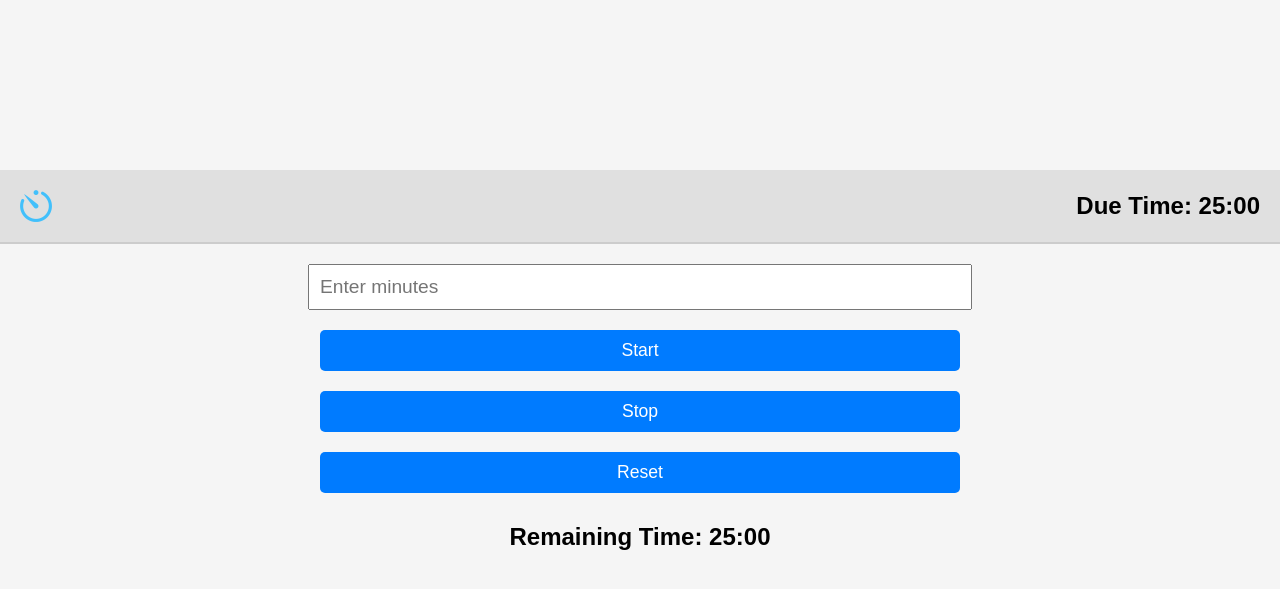
Repository: Prateek09102001/POMODORO-TIMER-UPDATEED-EXTENSIONS
Page: popup.html
The author's editor kept a copy of each file at every save. The page is drawn from the files as they stood at one save, then again after the next save.
The browser window is 1280 px wide. The pictures show the whole page.

Above is the page before, as saved 2024-09-30 21:57:40.

After the next save:
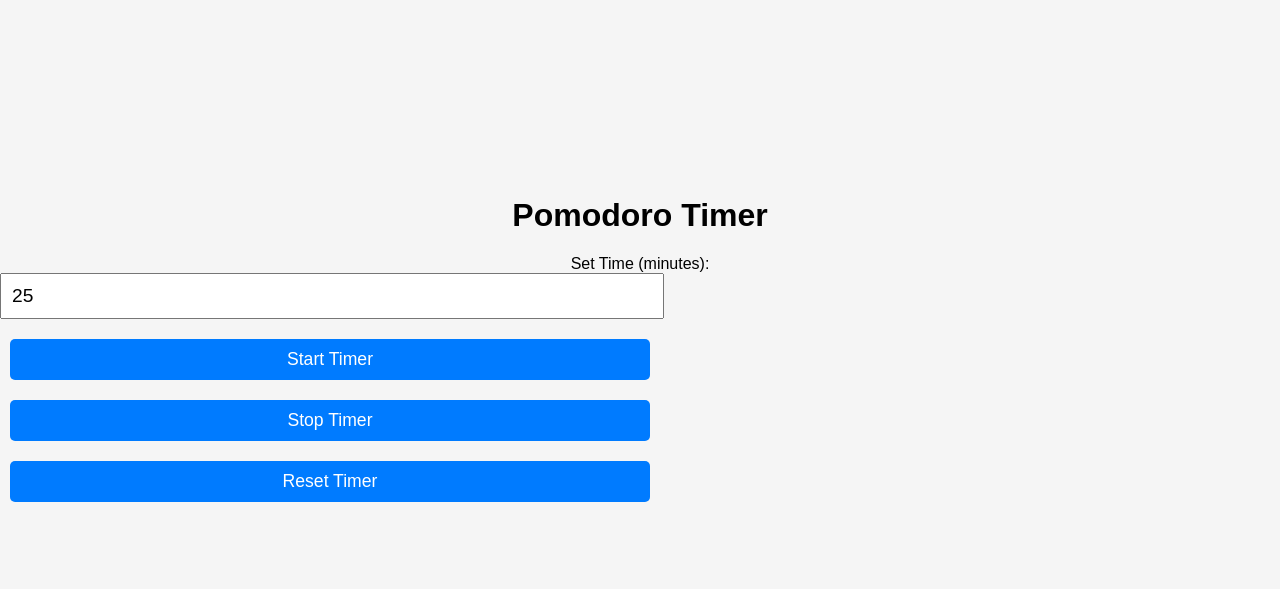
Saved 2 s later.
--- a/popup.html
+++ b/popup.html
@@ -7,19 +7,13 @@
     <link rel="stylesheet" href="style.css">
 </head>
 <body>
-    <div class="timer-header">
-        <img src="icons/logo-32.png" alt="Logo" class="logo">
-        <div id="dueTimeTop">Due Time: 25:00</div>
-    </div>
-
-    <div class="controls">
-        <input type="number" id="minutes" placeholder="Enter minutes">
-        <button id="start">Start</button>
-        <button id="stop">Stop</button>
-        <button id="reset">Reset</button>
-    </div>
-
-    <div id="dueTimeBottom">Remaining Time: 25:00</div>
+    <h1>Pomodoro Timer</h1>
+    <label for="minutes">Set Time (minutes):</label>
+    <input type="number" id="minutes" min="1" value="25">
+    <button id="start">Start Timer</button>
+    <button id="stop">Stop Timer</button>
+    <button id="reset">Reset Timer</button>
+    <p id="status"></p> <!-- To show the timer status -->
 
     <script src="popup.js"></script>
 </body>
